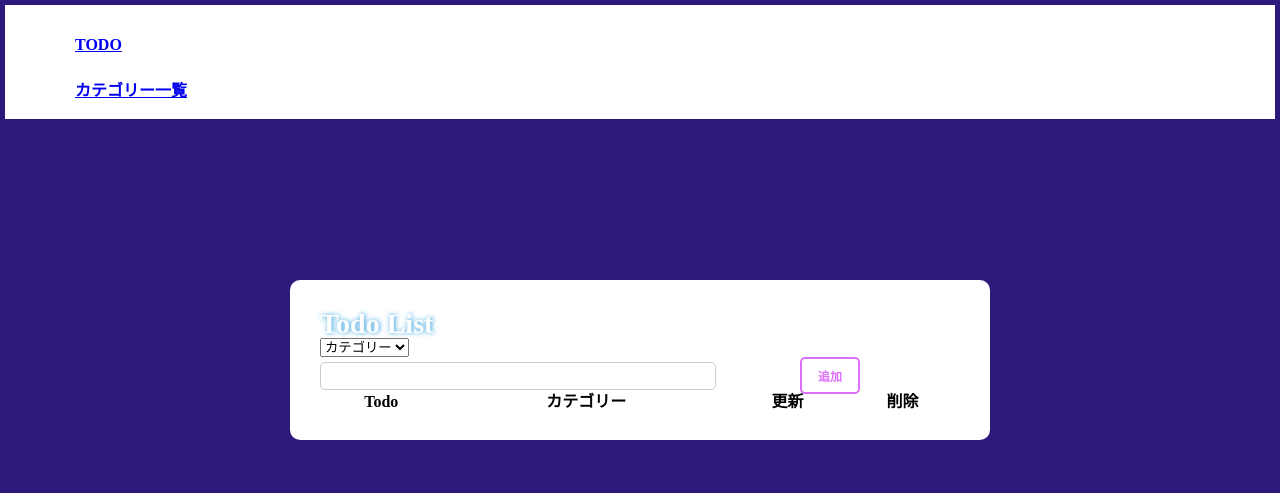
Repository: azuma2/cate
Page: http://localhost/
An editor plug-in stored every save of this project. The page is shown before and after the next save, followed by the edit.
The browser window is 1280 px wide. The pictures show the whole page.
The page is served by the project's Laravel application, run on PHP 8.4 with Laravel 8. Other server files are loaded and not shown. Queries for data that is not in the repository find no rows.

Above is the page before, as saved 2022-05-17 19:06:23.

### routes/web.php
<?php

use Illuminate\Support\Facades\Route;
use App\Http\Controllers\TodoController;
use App\Http\Controllers\CateController;


Route::get('/', [TodoController::class, 'index']);

Route::get('/cate', [CateController::class, 'index']);

Route::post('/todo/create', [TodoController::class, 'create']);
Route::post('/todo/update', [TodoController::class, 'update']);
Route::post('/todo/delete', [TodoController::class, 'remove']);
Route::post('/todo/search', [TodoController::class, 'search']);
Route::post('/cate/create', [CateController::class, 'create']);
Route::post('/cate/update', [CateController::class, 'update']);
Route::post('/cate/delete', [CateController::class, 'remove']);
Route::post('/cate/search', [CateController::class, 'search']);

### app/Http/Controllers/TodoController.php
<?php

namespace App\Http\Controllers;

use App\Models\Todo;
use App\Models\Cate;
use Illuminate\Http\Request;
use Illuminate\Support\Facades\DB;

class TodoController extends Controller
{
    public function index()
    {
        $items = Todo::all();
        $cates = Cate::all();
        return view('index', ['items' => $items, 'cates' => $cates]);
    }


    public function create(Request $request)
    {
        $param = ['content' => $request->content,];
        $this->validate($request, Todo::$rules);

        DB::insert('insert into todos (content) values (:content)', $param);
        return redirect('/');
    }

    public function update(Request $request)
    {
         $param = [
            'id' => $request->id,
            'content' => $request->content,

        ];
        $this->validate($request, Todo::$rules);
        DB::update('update todos set content =:content where id =:id', $param);
        return redirect('/');
    }

    public function remove(Request $request)
    {
        $param = ['id' => $request->id];
        DB::delete('delete from todos where id =:id', $param);
        return redirect('/');
    }



}

### app/Models/todo.php
<?php


namespace App\Models;

use Illuminate\Database\Eloquent\Factories\HasFactory;
use Illuminate\Database\Eloquent\Model;
use App\Models\Cate;

class Todo extends Model
{
    use HasFactory;

    protected $fillable = ['cate_id', 'content'];

    public static $rules = array(
        'cate_id' => 'required|text',
        'content' => 'required|max:20',
    );

    public function cate(){
        return $this->belongsTo('App\Models\cate');
    }


}

### app/Models/cate.php
<?php


namespace App\Models;

use Illuminate\Database\Eloquent\Factories\HasFactory;
use Illuminate\Database\Eloquent\Model;
use App\Models\Todo;

class Cate extends Model
{
    use HasFactory;

    protected $fillable = ['content'];

    public static $rules = array(
        'content' => 'required|max:10',
    );

    public function todo(){
        return $this->belongsTo('App\Models\todo');
    }


}

### resources/views/index.blade.php
<!DOCTYPE html>
<html lang="ja">
<head>
    <meta charset="UTF-8">
    <meta http-equiv="X-UA-Compatible" content="IE=edge">
    <meta name="viewport" content="width=device-width, initial-scale=1.0">
    <link rel="stylesheet" href="{{ asset('/reset.css') }}" >
    <title>@yield('title')</title>
    <style>
    body {
      font-size:16px;
      margin: 5px;
      background-color: #2d197c;
    }


header{
  padding-right:50px;
  padding-left:50px;
  padding-top:20px;
  left: 0;
  top: 0;
  background: #fff;
  display: flex;
}
.head {
  justify-content: space-between;
  display: flex;
  font-weight: bolder;
  position: sticky;
  bottom: 0;
}

.head1{
  padding: 10px;
  margin: 10px;
}

.head2{
  padding: 10px;
  margin: 10px;
}

ul{
  list-style: none;
  margin-top: -8px;
}

    td {
      padding: 5px 10px;
      text-align: center;
    }

    .narabe{
      display:flex;
      flex-flow: column;
    }

    .button {
    text-align: left;
    border: 2px solid #dc70fa;
    font-size: 12px;
    color: #dc70fa;
    background-color: #fff;
    font-weight: bold;
    padding: 8px 16px;
    border-radius: 5px;
    cursor: pointer;
    transition: 0.4s;
    outline: none;
}
.input-add {
    width: 60%;
    padding: 5px;
    border-radius: 5px;
    border: 1px solid #ccc;
    appearance: none;
    font-size: 14px;
    outline: none;
}
.input-update {
    width: 90%;
    padding: 5px;
    border-radius: 5px;
    border: 1px solid #ccc;
    appearance: none;
    font-size: 14px;
    outline: none;
}
    .card {
    background-color: #fff;
    width: 50vw;
    padding: 30px;
    position: absolute;
    top: 50%;
    left: 50%;
    transform: translate(-50%, -50%);
    border-radius: 10px;
}
    h2 {
      font-size:28px;
      color:white;
      text-shadow:1px 0 5px #289ADC;
      margin-left: 1px;
      margin: 0;
    }
    .content {
      margin:10px;
    }
.pulu{

}
    .button2 {
    text-align: left;
    border: 2px solid #dc70fa;
    font-size: 12px;
    color: #dc70fa;
    background-color: #fff;
    font-weight: bold;
    padding: 8px 16px;
    border-radius: 5px;
    cursor: pointer;
    transition: 0.4s;
    outline: none;
    margin-left:80px;
}
    </style>
  </head>
  <body>
  <header>
    <div class="head">
      <ul class="head0">
        <li class="head1"><a href="{{ url('/') }}">TODO</a></li>
        <li class="head2"><a href="{{ url('/cate') }}">カテゴリー一覧</a></li>
      </ul>
    </div>
  </header>
  <div class="container">
    <div class="card">
      <h2 class="title">Todo List</h2>
            <div class="todo">
              @if ($errors->has('content'))
                  <tr>
                    <th>TODOが入力されておりません</th>
                  </tr><br>
              @endif
              @if ($errors->has('cate_id'))
                  <tr>
                    <th>カテゴリーが選択されておりません</th>
                  </tr>
              @endif

          <!--  カテゴリープルダウン -->
        <select class="pulu" id="cate_id" name="cate_id" >
          <option value="0">カテゴリー</option>
            @foreach ($cates as $item)
                <option value="{{ $item->id }}">{{ $item->content }}</option>
            @endforeach
        </select>


        <form action="/todo/create" method="post">
            @csrf
          <input type="text" class="input-add" name="content">
          <input class="button2" type="submit" value="追加" />
        </form>
          <div class="narabe">
        <table>
            @csrf
          <tr>
            <th>Todo</th>
            <th>カテゴリー</th>
            <th>更新</th>
            <th>削除</th>
          </tr>

                    <tr>
            @foreach ($items as $item)

            <td>

            </td>

            <form action="/todo/update" method="post">
              @csrf
              <td>
                <input type="text" class="input-update" value="{{$item->content}}" name="content" />
              </td>
              <td>
                <input type="hidden"  name="id" value="{{$item->id}}">
                <input class="button" type="submit" value="更新" >
              </td>
            </form>
            <td>
              <form action="/todo/delete" method="post" >
                    @csrf
                <input  type="hidden" name="id" value="{{$item->id}}" >
                <input class="button" type="submit" value="削除" >
              </form>
            </td>
            </div>
          </tr>
          @endforeach
        </table>
      </div>
    </div>
  </div>
  </div>

</body>
</html>

### public/reset.css
/*
html5doctor.com Reset Stylesheet
v1.6.1
Last Updated: 2010-09-17
Todo: Richard Clark - http://richclarkdesign.com
Twitter: @rich_clark
*/

html, body, div, span, object, iframe,
h1, h2, h3, h4, h5, h6, p, blockquote, pre,
abbr, address, cite, code,
del, dfn, em, img, ins, kbd, q, samp,
small, strong, sub, sup, var,
b, i,
dl, dt, dd, ol, ul, li,
fieldset, form, label, legend,
table, caption, tbody, tfoot, thead, tr, th, td,
article, aside, canvas, details, figcaption, figure,
footer, header, hgroup, menu, nav, section, summary,
time, mark, audio, video {
    margin:0;
    padding:0;
    border:0;
    outline:0;
    font-size:100%;
    vertical-align:baseline;
    background:transparent;
}

body {
    line-height:1;
}

article,aside,details,figcaption,figure,
footer,header,hgroup,menu,nav,section {
    display:block;
}

nav ul {
    list-style:none;
}

blockquote, q {
    quotes:none;
}

blockquote:before, blockquote:after,
q:before, q:after {
    content:'';
    content:none;
}

a {
    margin:0;
    padding:0;
    font-size:100%;
    vertical-align:baseline;
    background:transparent;
}

/* change colours to suit your needs */
ins {
    background-color:#ff9;
    color:#000;
    text-decoration:none;
}

/* change colours to suit your needs */
mark {
    background-color:#ff9;
    color:#000;
    font-style:italic;
    font-weight:bold;
}

del {
    text-decoration: line-through;
}

abbr[title], dfn[title] {
    border-bottom:1px dotted;
    cursor:help;
}

table {
    border-collapse:collapse;
    border-spacing:0;
}

/* change border colour to suit your needs */
hr {
    display:block;
    height:1px;
    border:0;
    border-top:1px solid #cccccc;
    margin:1em 0;
    padding:0;
}

input, select {
    vertical-align:middle;
}

Loaded but not shown: app/Http/Controllers/Controller.php (common file)

After the next save:
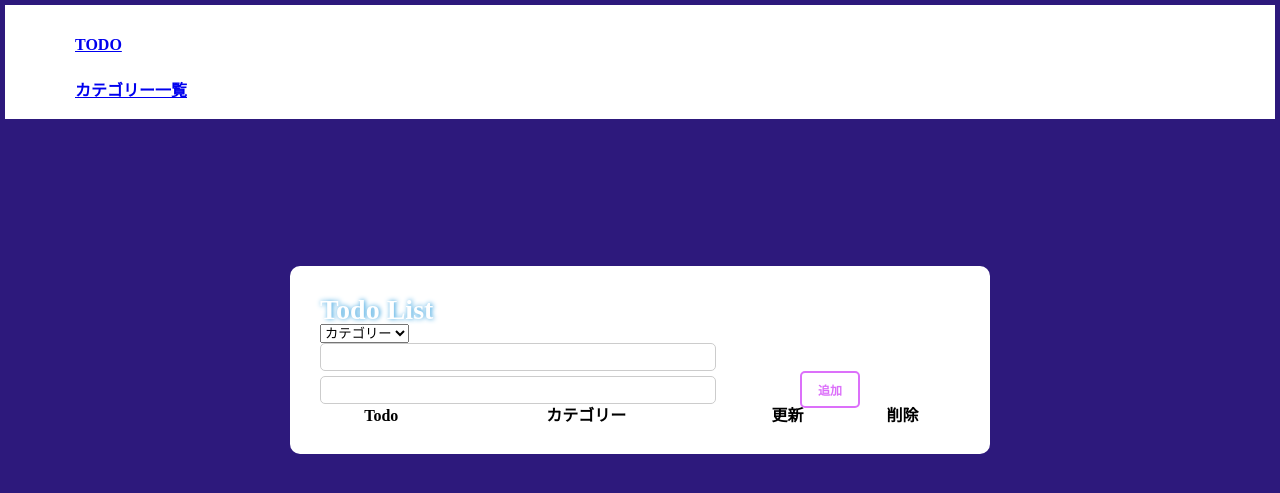
Saved 104 s later.
--- a/resources/views/index.blade.php
+++ b/resources/views/index.blade.php
@@ -162,6 +162,7 @@ ul{
         <form action="/todo/create" method="post">
             @csrf
           <input type="text" class="input-add" name="content">
+          <input type="text" class="input-add" name="content">
           <input class="button2" type="submit" value="追加" />
         </form>
           <div class="narabe">
